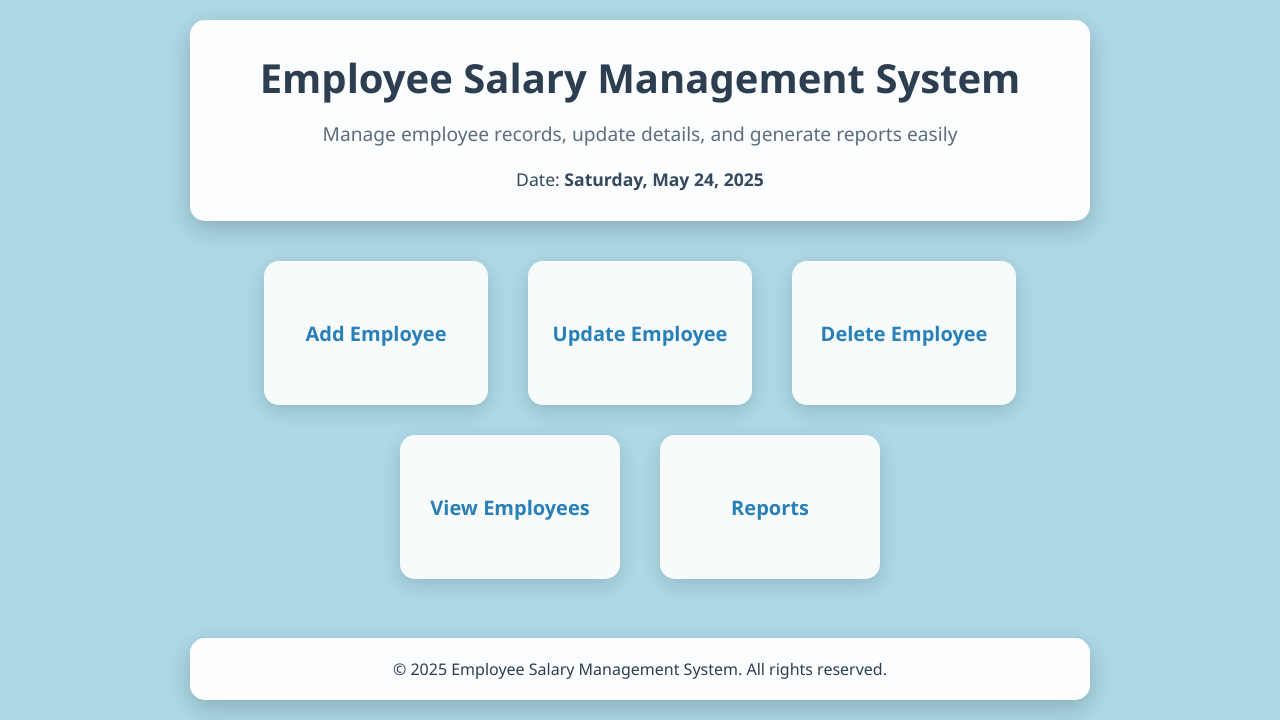
Repository: sweekrithishetty28/Employee_Salary_Management
Page: http://localhost/EmployeeWebApp/
These files come from the project's save history. The page is drawn as it stood at one moment and after the next save; the edit follows.
The browser window is 1280 px wide. The pictures show the whole page.
The page is served by Tomcat 9.

Above is the page before, as saved 2025-05-27 23:56:13.

After the next save:
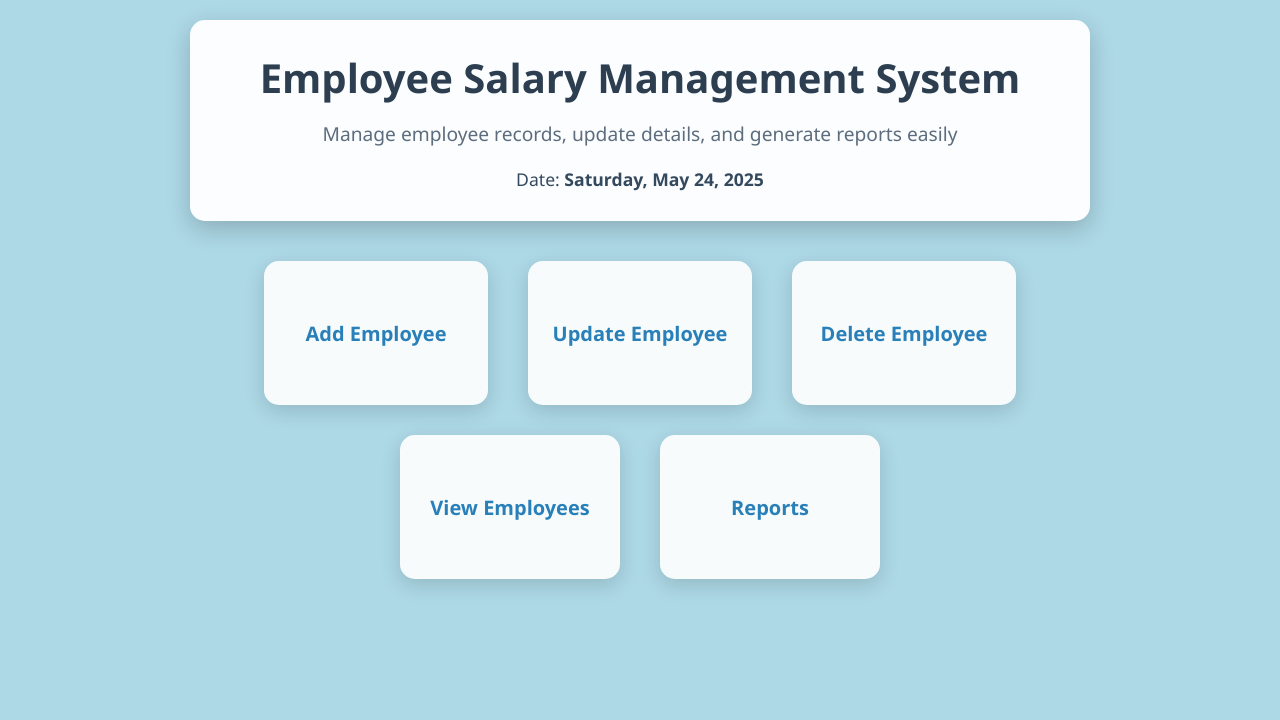
Saved 5 h 38 min later.
--- a/Employee Salary Mangement/EmployeeWebApp/src/main/webapp/index.jsp
+++ b/Employee Salary Mangement/EmployeeWebApp/src/main/webapp/index.jsp
@@ -154,20 +154,7 @@
             }
         }
 
-        footer {
-            background: rgba(255, 255, 255, 0.95);
-            color: #2c3e50;
-            padding: 20px 40px;
-            border-radius: 15px;
-            text-align: center;
-            width: 90vw;
-            max-width: 900px;
-            box-sizing: border-box;
-            margin-top: 40px;
-            font-size: 1rem;
-            user-select: none;
-            box-shadow: 0 8px 25px rgba(0,0,0,0.2);
-        }
+
     </style>
 </head>
 <body>
@@ -208,9 +195,7 @@
     </div>
 </div>
 
-<footer>
-    &copy; <%= (new SimpleDateFormat("yyyy")).format(now) %> Employee Salary Management System. All rights reserved.
-</footer>
+
 
 <script>
     // Show loading overlay on nav-card click
